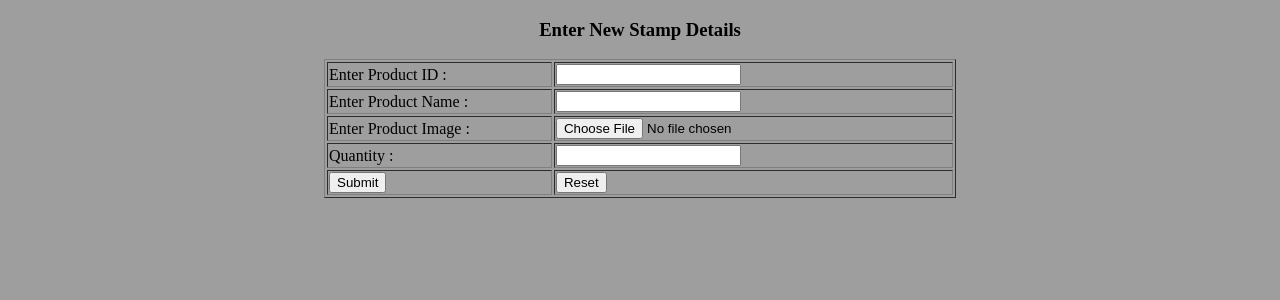
Repository: pratikmathur279/E-Postal-Services-1
Page: http://localhost/Project/postcards_addproducts.jsp
These files come from the project's save history. The page is drawn as it stood at one moment and after the next save; the edit follows.
The browser window is 1280 px wide. The pictures show the whole page.
Pictures or frames that could not be fetched are drawn as grey boxes. The page is served by Tomcat 9.

Above is the page before, as saved 2014-07-27 09:00:17.
Console error: ReferenceError: frm1 is not defined

After the next save:
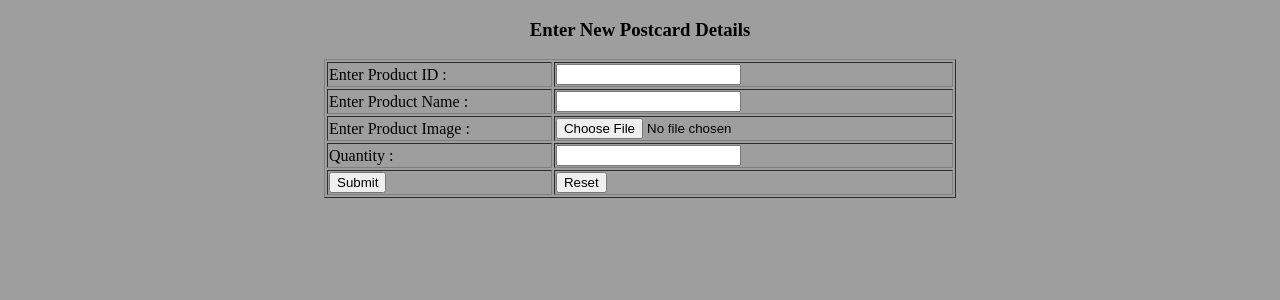
Saved 30 s later.
--- a/Project/WebContent/postcards_addproducts.jsp
+++ b/Project/WebContent/postcards_addproducts.jsp
@@ -42,9 +42,9 @@
 
 </head>
 <body onload="return use()" background="E:\Project\background_home.jpg">
-	<form method="post" action="stamp_addproducts1.jsp" onsubmit="return check()">
+	<form method="post" action="postcards_addproducts1.jsp" onsubmit="return check()">
 			<center>
-			<h3>Enter New Stamp Details</h3>
+			<h3>Enter New Postcard Details</h3>
 				<table border="1" width="50%">
 					<tr>
 						<td>Enter Product ID : </td>
